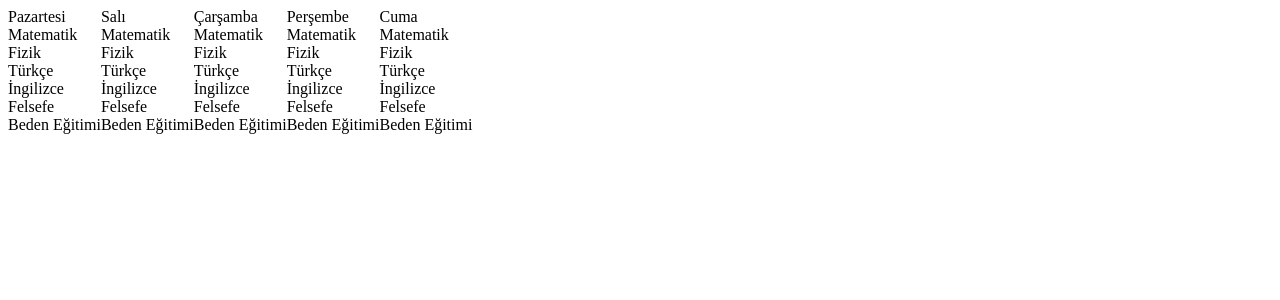
Repository: ahmetbugraozcan/css-ders-programi
Page: deneme2.html
The author's editor kept a copy of each file at every save. The page is drawn from the files as they stood at one save, then again after the next save.
The browser window is 1280 px wide. The pictures show the whole page.

Above is the page before, as saved 2021-07-10 13:48:16.

### deneme2.html
<!DOCTYPE html>
<html>

<head>
    <style>
        .container{
            padding: 5px;
        }
        .row {
            display: flex;
            flex-direction: row;

        }

        .column {
            display: flex;
            flex-direction: column;

            width: 400;
            height: 400;
        }
    </style>
</head>

<body>

    <div class="row">
        <div>Pazartesi
            <div class="column">
                <div>Matematik</div>
                 <div>Fizik</div>
                <div>Türkçe</div>
                <div>İngilizce</div>
                <div>Felsefe</div>
                <div>Beden Eğitimi</div>
            </div>
        </div>
        <div>Salı
            <div class="column">
                <div>Matematik</div>
                <div>Fizik</div>
               <div>Türkçe</div>
               <div>İngilizce</div>
               <div>Felsefe</div>
               <div>Beden Eğitimi</div>
            </div>

        </div>
        <div>Çarşamba
            <div class="column">
                <div>Matematik</div>
                <div>Fizik</div>
               <div>Türkçe</div>
               <div>İngilizce</div>
               <div>Felsefe</div>
               <div>Beden Eğitimi</div>
            </div>
        </div>
        <div>Perşembe
            <div class="column">
                <div>Matematik</div>
                <div>Fizik</div>
               <div>Türkçe</div>
               <div>İngilizce</div>
               <div>Felsefe</div>
               <div>Beden Eğitimi</div>
            </div>
        </div>
        <div>Cuma
            <div class="column">
                <div>Matematik</div>
                <div>Fizik</div>
               <div>Türkçe</div>
               <div>İngilizce</div>
               <div>Felsefe</div>
               <div>Beden Eğitimi</div>
            </div>
        </div>
    </div>

</body>

</html>

After the next save:
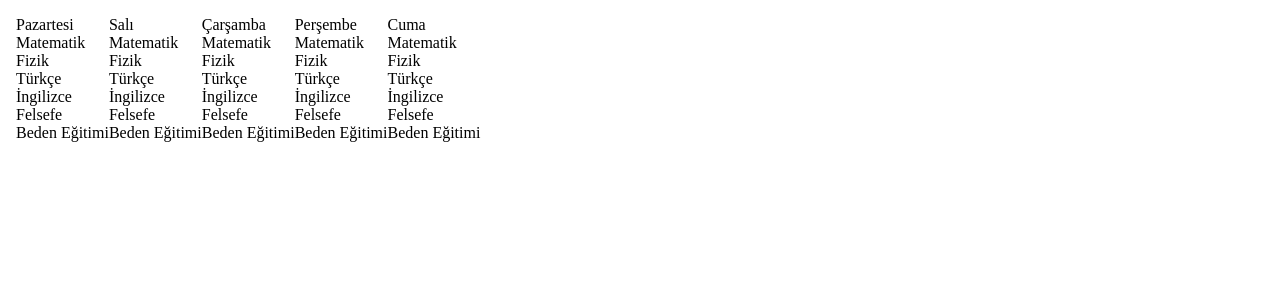
Saved 25 s later.
--- a/deneme2.html
+++ b/deneme2.html
@@ -9,6 +9,7 @@
         .row {
             display: flex;
             flex-direction: row;
+            padding: 8px;
 
         }
 
@@ -23,7 +24,6 @@
 </head>
 
 <body>
-
     <div class="row">
         <div>Pazartesi
             <div class="column">

After the save that followed:
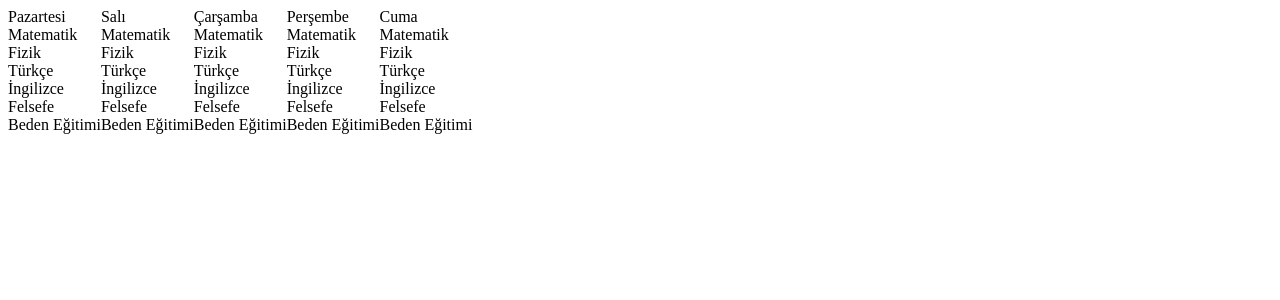
Saved 15 s later.
--- a/deneme2.html
+++ b/deneme2.html
@@ -9,8 +9,11 @@
         .row {
             display: flex;
             flex-direction: row;
-            padding: 8px;
 
+        }
+
+        .row > {
+            padding: 5px;
         }
 
         .column {
